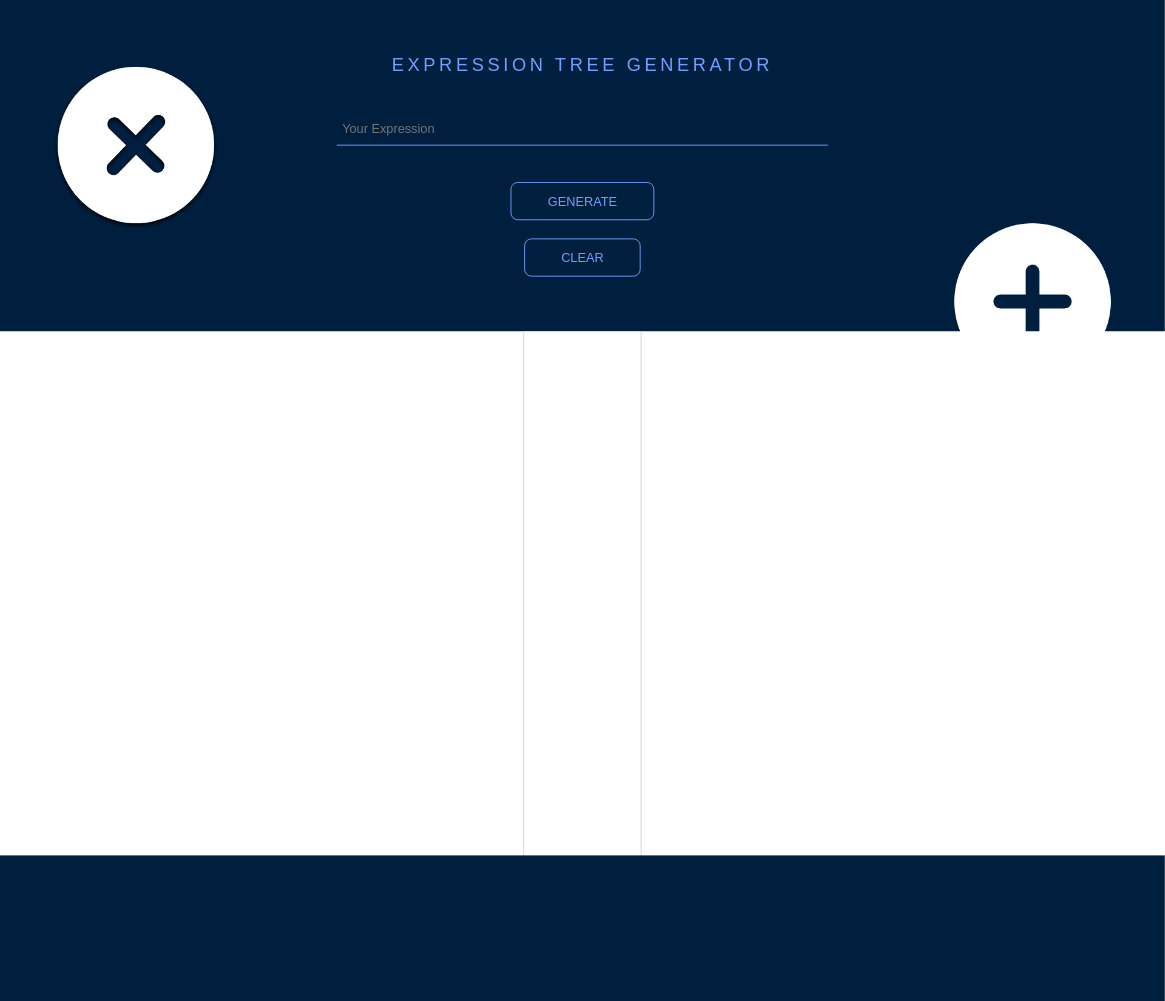
Repository: lnogueir/expression-tree-gen
Page: index.html
These files come from the project's save history. The page is drawn as it stood at one moment and after the next save; the edit follows.
The browser window is 1280 px wide. The pictures show the whole page, at 91% of full size.

Above is the page before, as saved 2020-03-15 19:45:44.

After the next save:
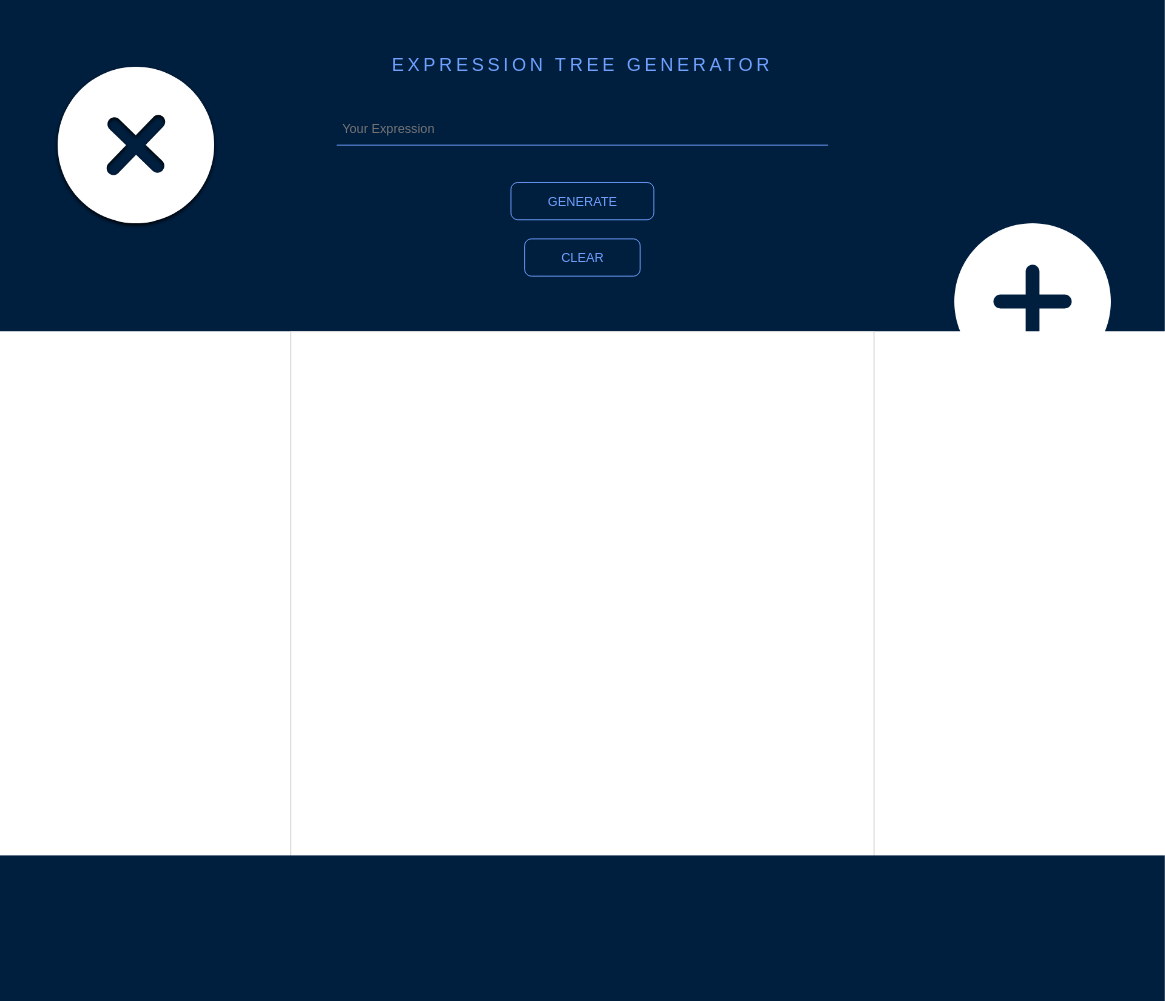
Saved 8 s later.
--- a/app.css
+++ b/app.css
@@ -92,7 +92,7 @@
     align-items: center;
     margin: auto;
     height: 80vh;
-    width: 10vw;
+    width: 50vw;
     max-width: 100vw;
     background: #FFF;
 }
